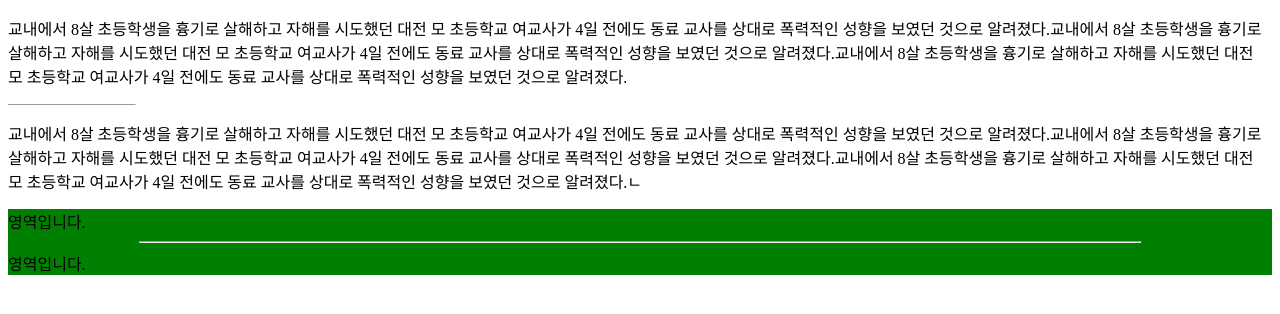
Repository: dnjs0/HCJ
Page: ClientTest/src/main/webapp/ex09_hr.html
The author's editor kept a copy of each file at every save. The page is drawn from the files as they stood at one save, then again after the next save.
The browser window is 1280 px wide. The pictures show the whole page.

Above is the page before, as saved 2025-02-11 02:09:24.

After the next save:
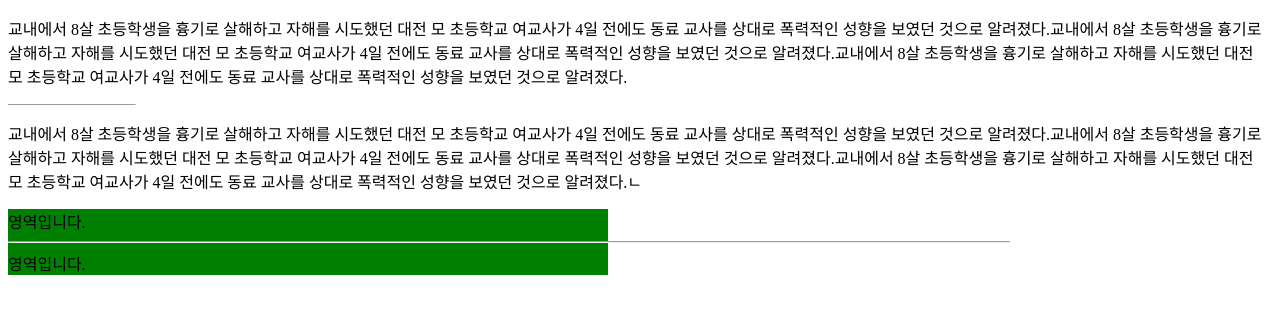
Saved 17 s later.
--- a/ClientTest/src/main/webapp/ex09_hr.html
+++ b/ClientTest/src/main/webapp/ex09_hr.html
@@ -41,7 +41,7 @@
     4일 전에도 동료 교사를 상대로 폭력적인 성향을 보였던 것으로 알려졌다.ㄴ</p>
 
 
-    <div style="background-color : green;" >
+    <div style="background-color : green; width : 600px;">
         영역입니다.
         <hr width = "1000">
         영역입니다.
